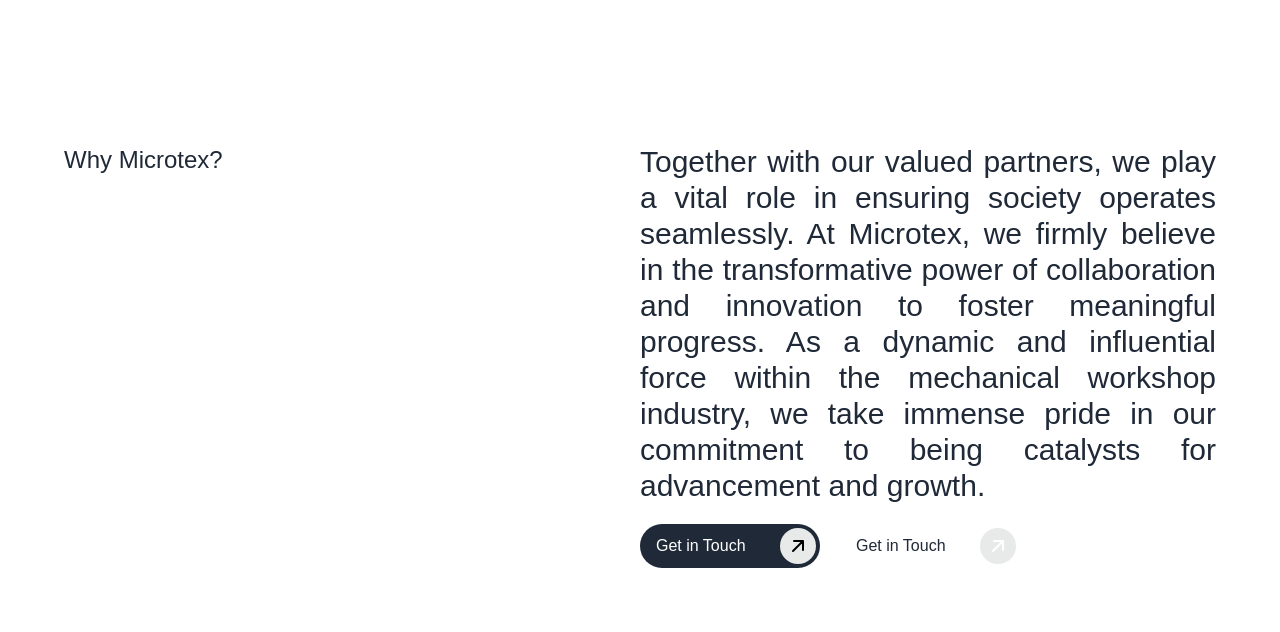
Repository: vespersolutionspk18/microtexwebsite
Page: /
An editor plug-in stored every save of this project. The page is shown before and after the next save, followed by the edit.
The browser window is 1280 px wide. The pictures show the part of the page from y = 806 to 1438 px (the page is 1438 px tall).
Some web fonts or font styles are not loaded; a fallback is used. The project was rebuilt for these pictures with package versions that can differ from the ones it lists, and the page was loaded fresh each time. The framework's server and built-in components were replaced by stand-ins that run in the browser. Also part of the build but not shown: next.config.mjs.

Above is the page before, as saved 2024-11-18 20:50:18.

After the next save:
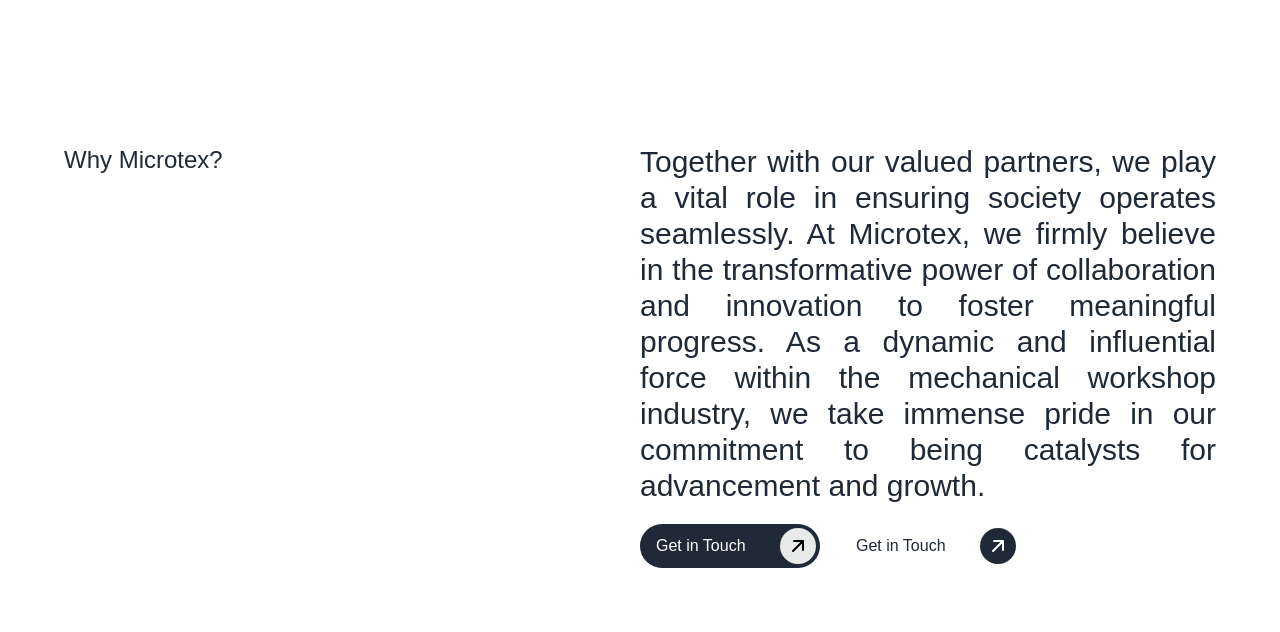
Saved 11 s later.
--- a/app/WhyMct.tsx
+++ b/app/WhyMct.tsx
@@ -25,7 +25,7 @@ const WhyMct = () => {
 
 >
   <div className="mx-3">Get in Touch</div>
-  <div className="bg-[#E8E9E9] rounded-full h-[36px] w-[36px] flex items-center justify-center transition-transform duration-500 ease-in-out group-hover:rotate-45">
+  <div className="bg-gray-800 rounded-full h-[36px] w-[36px] flex items-center justify-center transition-transform duration-500 ease-in-out group-hover:rotate-45">
     <ButtonArrowwhite className="h-[24px] w-[24px]" />
   </div>
                 </div>
